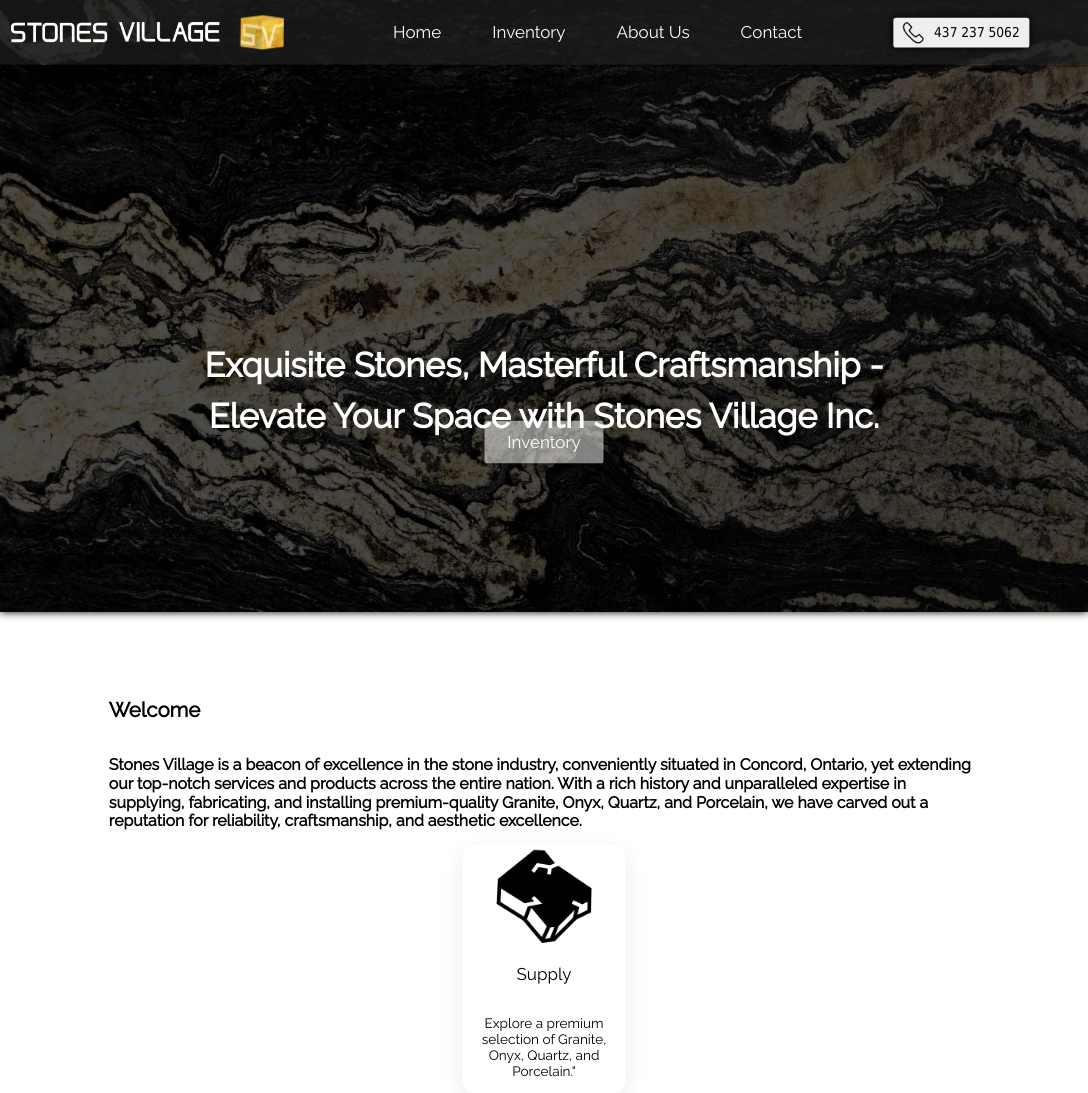
Repository: shayanabedi98/Stones-Village
Page: index.html
The author's editor kept a copy of each file at every save. The page is drawn from the files as they stood at one save, then again after the next save.
The browser window is 1280 px wide. The pictures show the whole page, at 85% of full size.
Backgrounds fixed to the window are drawn as part of the page.

Above is the page before, as saved 2023-10-22 16:32:19.

### index.html
<!DOCTYPE html>
<html lang="en">
<head>
    <meta charset="UTF-8">
    <meta name="viewport" content="width=device-width, initial-scale=1.0">
    <title>Stones Village | Home</title>
    <link rel="preconnect" href="https://fonts.googleapis.com">
    <link rel="preconnect" href="https://fonts.gstatic.com" crossorigin>
    <link href="https://fonts.googleapis.com/css2?family=Raleway&display=swap" rel="stylesheet">
    <link rel="stylesheet" href="styles.css">
</head>
<body>
    <div class="grid-container">
        <div class="navbar">
            <div class="logo">
                <img id="logo-name" src="./resources/sv-name.png" alt="Company name">
                <img id="logo-cube" src="./resources/sv-cube.png" alt="Company logo">
            </div>
            <div class="navbar-menu">
                <ul>
                    <li><a href="./">Home</a></li>
                    <li><a href="./inventory">Inventory</a></li>
                    <li><a href="./about-us">About Us</a></li>
                    <li><a href="./contact">Contact</a></li>
                </ul>
            </div>
            <div class="navbar-tel">
                <button><a href="tel:+14372375062">
                    <img src="./resources/telephone-svgrepo-com.png" alt="Contact By Number">
                    437 237 5062
                </a></button>
            </div>
        </div>
        <div class="banner">
            <!-- Background Image -->
        </div>
        <div class="banner-overlay">
            <h1>Exquisite Stones, Masterful Craftsmanship - Elevate Your Space with Stones Village Inc.</h1>
            <button>Inventory</button>
        </div>
        <div class="services-container">
            <h2>Welcome</h2>
            <h3>Stones Village is a beacon of excellence in the stone industry, conveniently situated in Concord, Ontario, yet extending our top-notch services and products across the entire nation. With a rich history and unparalleled expertise in supplying, fabricating, and installing premium-quality Granite, Onyx, Quartz, and Porcelain, we have carved out a reputation for reliability, craftsmanship, and aesthetic excellence.</h3>
            <div class="card-container">
                <div class="card">
                    <img src="./resources/stone-tablet-svgrepo-com.png" alt="Icon of Stone Slab">
                    <p class="card-name">Supply</p>
                    <p class="card-description">Explore a premium selection of Granite, Onyx, Quartz, and Porcelain."</p>
                </div>
            </div>

            <!-- Free Quotations
Stonica Group Inc. offers no-obligation, comprehensive quotes for all project sizes. Our experts provide a detailed cost estimate, ensuring transparency and no hidden charges.


Measurements
We use advanced tools for precise project measurements, considering the environment and potential challenges to ensure seamless integration of our fabrications into your space.


Fabrication
Our high-quality fabrication service is handled by a skilled team and cutting-edge facilities. We handle various materials and complexities, ensuring the finished product meets the highest industry standards.


Installation
Our trained professionals carry out careful and precise installations. We also perform comprehensive checks post-installation, ensuring a perfect fit and function. Your satisfaction is our ultimate goal. -->
        </div>
    </div>
    <script src="./index.js"></script>
</body>
</html>

### styles.css
body {
    background-color: #FFFFFE;
    color: #000000;
    font-family: 'Raleway', sans-serif;
    margin: 0;
    padding: 0;
}

.navbar {
    display: grid;
    grid-template-columns: 0.5fr 1fr 0.5fr;
    background-color: rgba(29, 31, 31, 0.7);
    box-shadow: 0 0 5px 0 rgb(0, 0, 0);
    padding: 10px;
    position: fixed;
    width: 100%;
    z-index: 1;
}

.logo {
    display: flex;
    align-items: center;
    justify-content: center;
}

#logo-cube {
    height: 42px;
    margin-left: 20px;
    cursor: pointer;
}

#logo-name {
    height: 28px;
    cursor: pointer;
}

.navbar-menu {
    display: grid;
    align-items: end;
}

.navbar-menu ul {
    display: flex;
    align-content: center;
    justify-content: center;
    list-style-type: none;
}

.navbar-menu a {
    text-decoration: none;
    color: #FFFFFE;
    font-size: 20px;
    margin-left: 60px;
}

.navbar-menu a:hover {
    color: #E0B739;
    transition: 0.3s;
    border-bottom: 8px solid #E0B739;
}

.navbar-menu a:not(:hover) {
    color: #FFFFFE;
    border-bottom: 0px;
    transition: 0.3s;
}

.navbar-tel {
    display: flex;
    justify-content: center;
    align-items: center;
}

.navbar-tel button {
    height: 35px;
    width: 160px;
    border: none;
    border-radius: 3px;
    box-shadow: 0 0 10px 0 rgb(0, 0, 0);
}

.navbar-tel img {
    height: 25px;
    margin-right: 12px;
}

.navbar-tel a {
    text-decoration: none;
    color: black;
    font-family: Tahoma, Verdana, sans-serif;
    font-size: 16px;
    display: flex;
    align-items: center;
    justify-content: center;
}

.banner {
    background-attachment: fixed;
    height: 100vh;
    background-size: 2100px;
    background-repeat: no-repeat;
    background-position: 0 -400px;
    transition: opacity 1s ease-in-out, background-size 0s, background-position 0s;
}

.banner-overlay {
    background-color: rgba(0, 0, 0, 0.7);
    box-shadow: 0 0 10px 0 black;
    display: grid;
    grid-template-rows: 0.8fr 1fr;
    justify-items: center;
    align-items: center;
    text-align: center;
    position: absolute;
    height: 100vh;
    width: 100%;
    top: 0;
}

.banner-overlay h1 {
    margin: 0;
    color: #FFFFFE;
    position: relative;
    font-size: 40px;
    top: 300px;
    width: 70%;
    line-height: 60px;
}

.banner-overlay button {
    font-family: 'Raleway', sans-serif;
    background-color: rgba(255, 255, 254, 0.5);
    color: white;
    border: none;
    border-radius: 3px;
    font-size: 20px;
    width: 140px;
    height: 50px;
    box-shadow: 0 0 2px 0 black;
    cursor: pointer;
}

.banner-overlay button:hover {
    box-shadow: 0 0 15px 0 black;
    background-color: rgb(224, 183, 57);
    transition: 0.3s;
}

.banner-overlay button:not(:hover) {
    box-shadow: 0 0 5px 0 black;
    transition: 0.3s;
}

.services-container {
    display: grid;
    justify-items: center;
    margin-top: 80px;
}

.services-container h2, h3 {
    width: 80%;
}

.card-container {
    display: grid;
    width: 100%;
    justify-items: center;
}

.card {
    width: 15%;
    display: grid;
    justify-items: center;
    border-radius: 15px;
    box-shadow: rgba(149, 157, 165, 0.2) 0px 8px 24px;
    text-align: center;
}

.card img {
    height: 120px;
}

.card-name {
    font-size: 20px;
    width: 75%;
}

### index.js
const banner = document.querySelector('.banner');
const bannerImg = ['./resources/aaron-huber-G7sE2S4Lab4-unsplash.jpg', './resources/black-marble-texture2-min2.jpg', './resources/engin-akyurt-m555vEfryhE-unsplash.jpg', './resources/marble-2398956_1920.jpg'];
let bannerImgIndex = 0;
const logoName = document.querySelector('#logo-name');
const logoCube = document.querySelector('#logo-cube');
const navbar = document.querySelector('.navbar');

logoCube.addEventListener('click', () => {
    window.location.replace('./')
})

logoCube.addEventListener('mouseover', () => {
    navbar.style.backgroundColor = 'rgba(224, 183, 57,0.3)'
    navbar.style.transition = '4s'
})

logoCube.addEventListener('mouseout', () => {
    navbar.style.backgroundColor = 'rgba(29, 31, 31, 0.7)'
    navbar.style.transition = '2s'
})

logoName.addEventListener('click', () => {
    window.location.replace('./')
})

logoName.addEventListener('mouseover', () => {
    navbar.style.backgroundColor = 'rgba(224, 183, 57,0.3)'
    navbar.style.transition = '4s'
})

logoName.addEventListener('mouseout', () => {
    navbar.style.backgroundColor = 'rgba(29, 31, 31, 0.7)'
    navbar.style.transition = '2s'
})

const bannerImgChanger = () => {
    banner.style.opacity = '0'
    bannerImgIndex = (bannerImgIndex + 1) % bannerImg.length;
    banner.style.background = `url(${bannerImg[bannerImgIndex]})`;

    if (bannerImgIndex === 0) {
        banner.style.backgroundSize = '2100px';
        banner.style.backgroundPosition = '0 -400px'
        banner.style.backgroundAttachment = 'fixed';
        banner.style.opacity = '1'
        banner.style.transition = 'opacity 1s ease-in, background-size 0s, background-position 0s;';
        setTimeout(() => {
            banner.style.opacity = '0'
        }, 7000)

    } else if (bannerImgIndex === 1) {
        banner.style.backgroundSize = '2000px';
        banner.style.backgroundAttachment = 'fixed';
        banner.style.opacity = '1'
        banner.style.transition = 'opacity 1s ease-in, background-size 0s, background-position 0s;';
        setTimeout(() => {
            banner.style.opacity = '0'
        }, 7000)

    } else if (bannerImgIndex === 2) {
        banner.style.backgroundAttachment = 'fixed';
        banner.style.opacity = '1'
        banner.style.transition = 'opacity 1s ease-in, background-size 0s, background-position 0s;';
        setTimeout(() => {
            banner.style.opacity = '0'
        }, 7000)
    } else if (bannerImgIndex === 3) {
        banner.style.backgroundAttachment = 'fixed';
        banner.style.opacity = '1'
        banner.style.transition = 'opacity 1s ease-in, background-size 0s, background-position 0s;';
        setTimeout(() => {
            banner.style.opacity = '0'
        }, 7000)
    }
};

bannerImgChanger();

setInterval(bannerImgChanger, 8000)

After the next save:
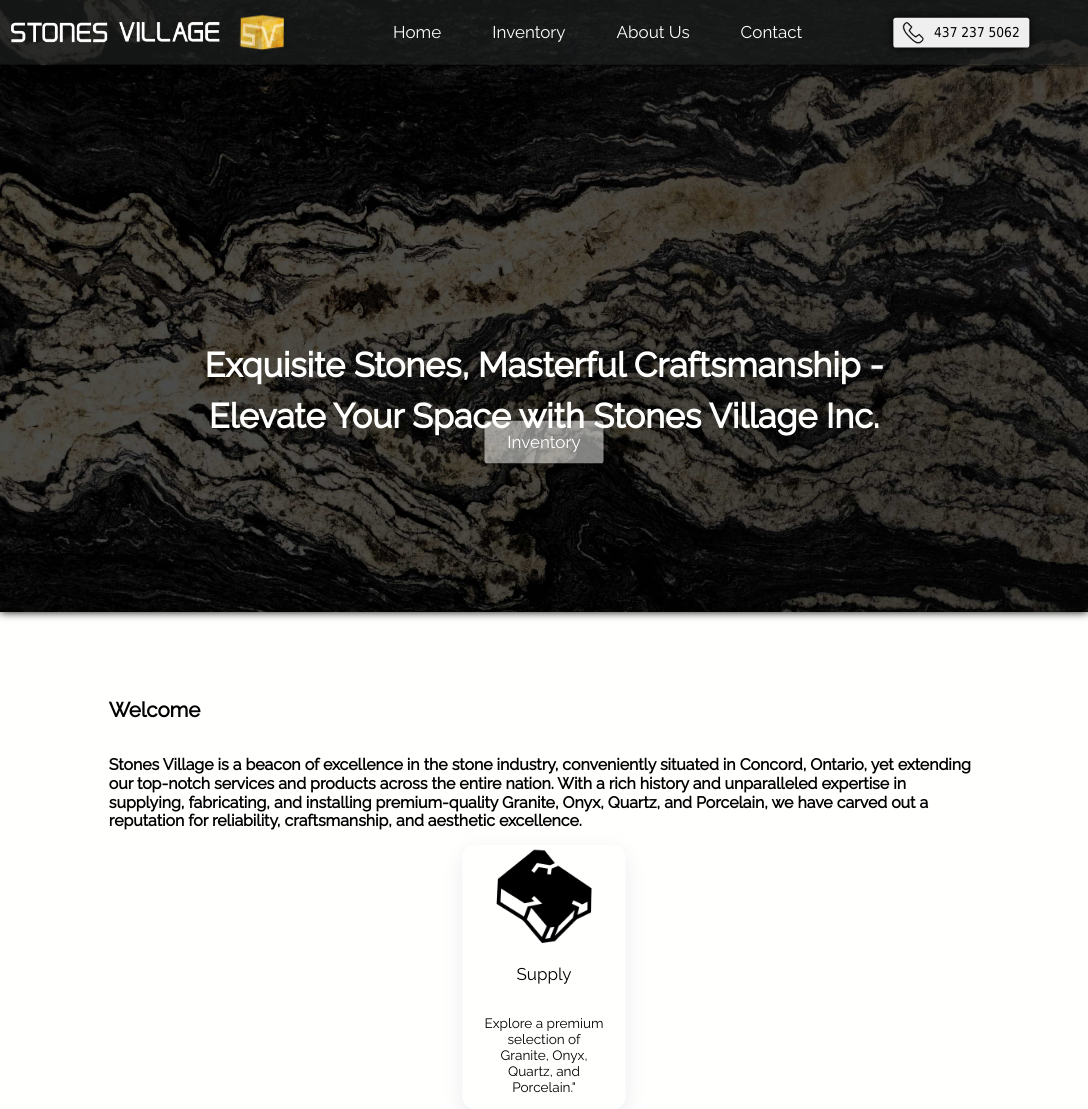
Saved 15 s later.
--- a/styles.css
+++ b/styles.css
@@ -182,5 +182,8 @@ body {
 
 .card-name {
     font-size: 20px;
+}
+
+.card-description {
     width: 75%;
 }
